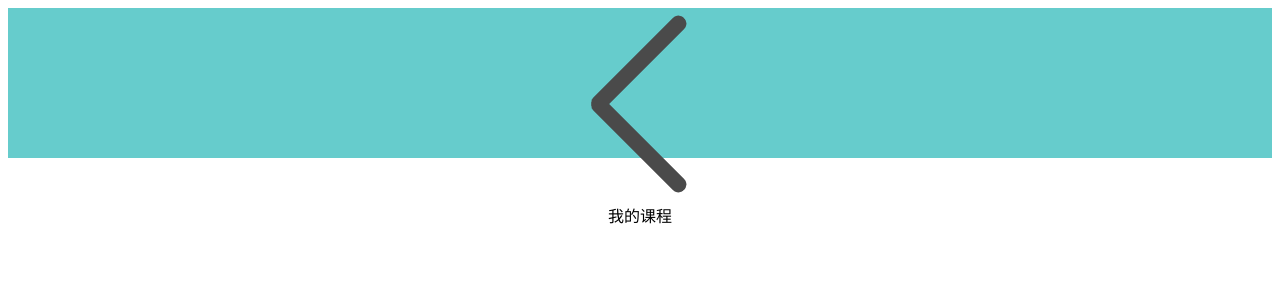
Repository: Cecilia1012/Course-selection-system
Page: http://localhost/SelectClass/myclass.jsp
An editor plug-in stored every save of this project. The page is shown before and after the next save, followed by the edit.
The browser window is 1280 px wide. The pictures show the whole page.
The page is served by Tomcat 9. Other server files are loaded and not shown.

Above is the page before, as saved 2020-06-08 12:06:20.

### SelectClass/WebContent/myclass.jsp
<%@ page import="MySQL.Connect" %>
<%@ page import="java.sql.*" %>
<%@page import="Class.Student"%>
<%@ page language="java" contentType="text/html; charset=UTF-8"
    pageEncoding="UTF-8"%>
<!DOCTYPE html>
<html>
<head>
<meta charset="UTF-8">
<title>课程管理平台</title>
<style type="text/css">
	#head {
	   height: 150px;
	   width: 100%;
	   background-color: #66CCCC;
	   text-align: center;
	   position: relative;
	}
</style>
</head>
<body>
	<div class="header" id="head">
		<div class="back">
			<img id="return" src="image/return-dark.png" onclick="back()" />
		</div>
		<div class="title">我的课程</div>
	</div>
	<%
	//获取学生学号
	Student student = (Student)session.getAttribute("student");
	String StuID="";
	if(student != null)
	{
		StuID=student.getStuID();
		Connection conn = Connect.getConnection();
		String sql="select CourseClassID from TB_SelectCourse where StuID='"+StuID+"'";
		try
		{
			PreparedStatement pst = conn.prepareStatement(sql);
			ResultSet rs = pst.executeQuery();
			while(rs.next())
			{
				String CourseClassID=rs.getString("CourseClassID");
				String sql2="select TC.CourseID,CourseName,CourseGrade,TeacherName,Place,Time from TB_Course TC,TB_Teacher TT,TB_CourseClass TCC ";
				sql2=sql2+"where TCC.CourseClassID='"+CourseClassID+"' and TCC.CourseID=TC.CourseID and TCC.TeacherID=TT.TeacherID";
				PreparedStatement pst2=conn.prepareStatement(sql2);
				ResultSet rs2=pst2.executeQuery();
				while(rs2.next())
				{
					String CourseID = rs2.getString("CourseID");
					String CourseName=rs2.getString("CourseName");
					Integer CourseGrade=rs2.getInt("CourseGrade");
					String TeacherName=rs2.getString("TeacherName");
					String Place=rs2.getString("Place");
					String Time=rs2.getString("Time");
		%>
					<div class="part">
						<div>
							<h3><%= CourseName %></h3>
							<span>（学分：<%= CourseGrade %>）</span>
						</div>
						<p>课程代码：<span><%= CourseID %></span></p>
						<p>任课教师：<span><%= TeacherName %></span></p>
						<p>上课时间：<span><%= Time %></span></p>
						<p>上课地点：<span><%= Place %></span></p>
					</div>
		<%
				}
			}
		}
		catch(SQLException e)
		{
			System.out.print(e.getMessage());
			e.printStackTrace();
		}
	}
	%>
	<script type="text/javascript">
		function back() {
			window.location.href="index.jsp";
		}
	</script>
</body>
</html>

After the next save:
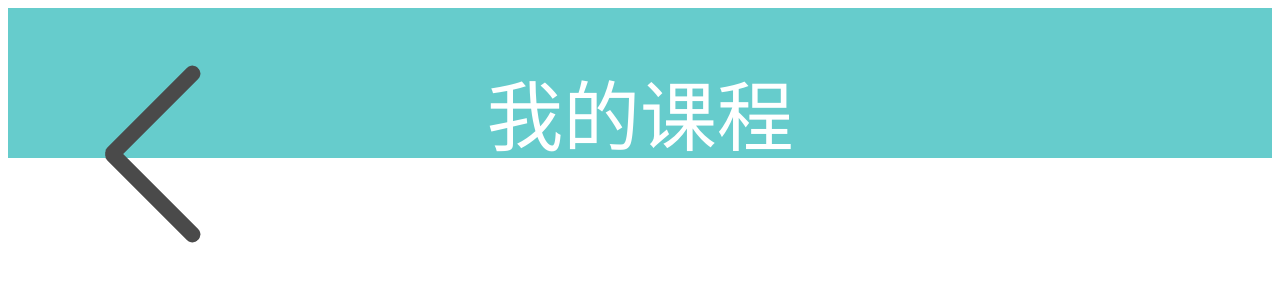
Saved 119 s later.
--- a/SelectClass/WebContent/myclass.jsp
+++ b/SelectClass/WebContent/myclass.jsp
@@ -15,6 +15,24 @@
 	   background-color: #66CCCC;
 	   text-align: center;
 	   position: relative;
+	}
+	.title {
+	   font-family: "宋体";
+	   color: #FFFFFF;
+	   position: absolute;
+	   top: 45%;
+	   left: 50%;
+	   transform: translate(-50%, -50%);  /* 使用css3的transform来实现 */
+	   font-size: 6vw;
+	   height: 40px;
+	   width: 40%;
+	}
+	.back{
+	   top: 33%;
+	   left: 4%;
+	   width: 6%;
+	   height: 38%;
+	   position: absolute;
 	}
 </style>
 </head>
